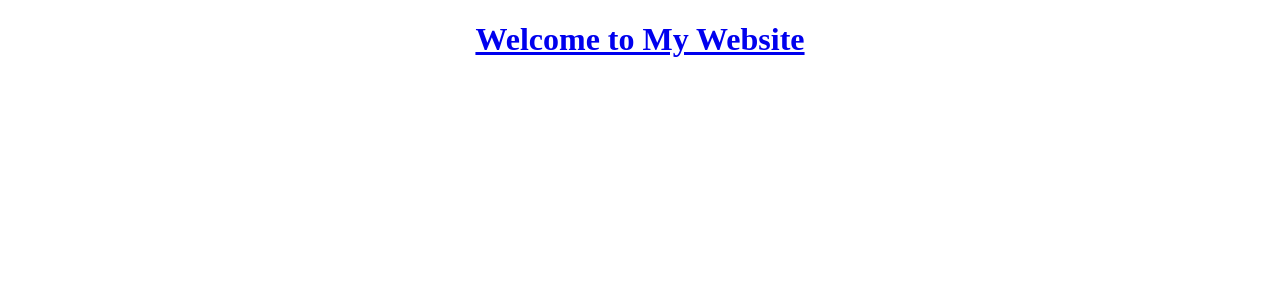
Repository: Sandeshyadav5/Advance-Java
Page: http://localhost/Web-Project-1/
These files come from the project's save history. The page is drawn as it stood at one moment and after the next save; the edit follows.
The browser window is 1280 px wide. The pictures show the whole page.
The page is served by Tomcat 9. Nobody is signed in. The application's start-up code is not run.

Above is the page before, as saved 2026-01-31 12:14:16.

After the next save:
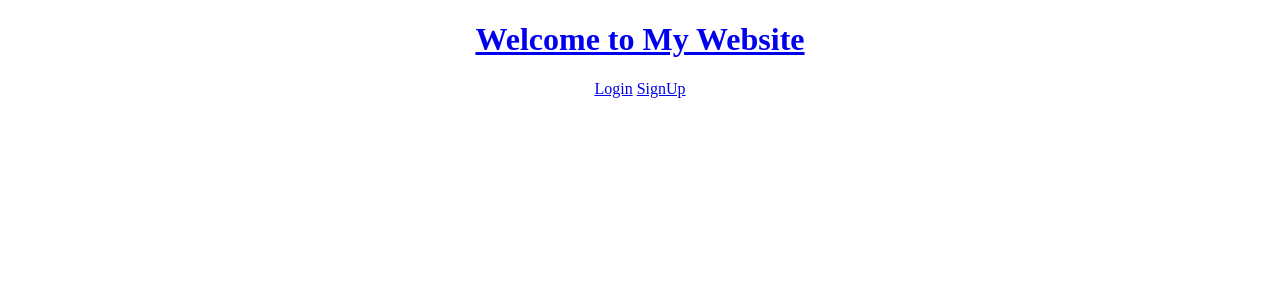
Saved 3 min 58 s later.
--- a/JspServelet_WorkSpace/Web-Project-1/WebContent/index.jsp
+++ b/JspServelet_WorkSpace/Web-Project-1/WebContent/index.jsp
@@ -10,7 +10,10 @@
 	<div align="center">
 		<h1>
 			<a href="WelcomeCtl">Welcome to My Website</a>
+
 		</h1>
+		<a href="LoginCtl">Login</a>
+			<a href="UserRegistrationCtl">SignUp</a>
 	</div>
 </body>
 </html>
